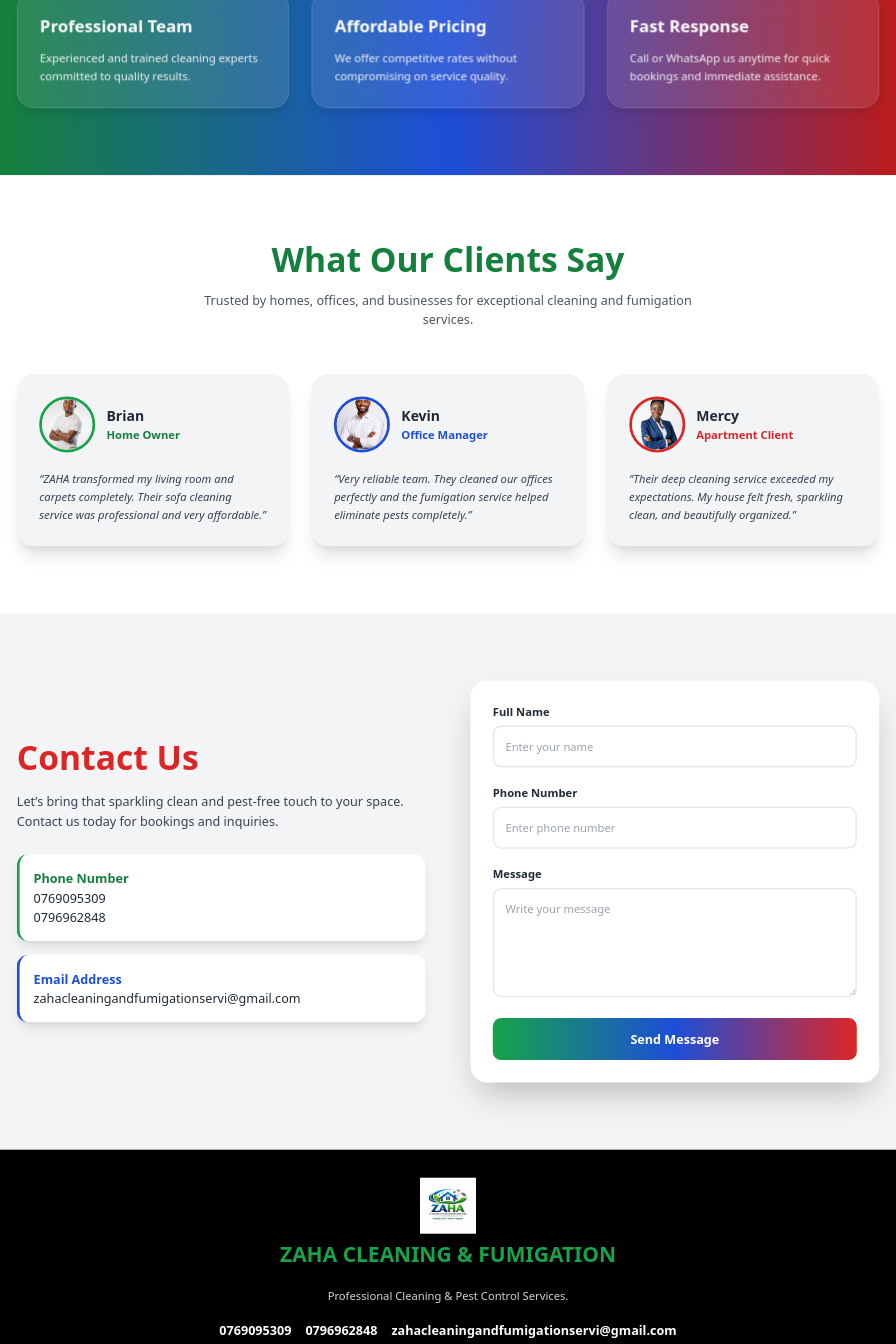
Repository: Engineer-collo/Zaha-fumigation
Page: /
An editor plug-in stored every save of this project. The page is shown before and after a run of saves, followed by the edit.
The browser window is 1280 px wide. The pictures show the part of the page from y = 3849 to 5769 px (the page is 5855 px tall before and 7349 px after), at 70% of full size.
The project was rebuilt for these pictures with package versions that can differ from the ones it lists, and the page was loaded fresh each time. Also part of the build but not shown: vite.config.js.

Above is the page before, as saved 2026-05-15 16:24:32.

After the next 2 saves:
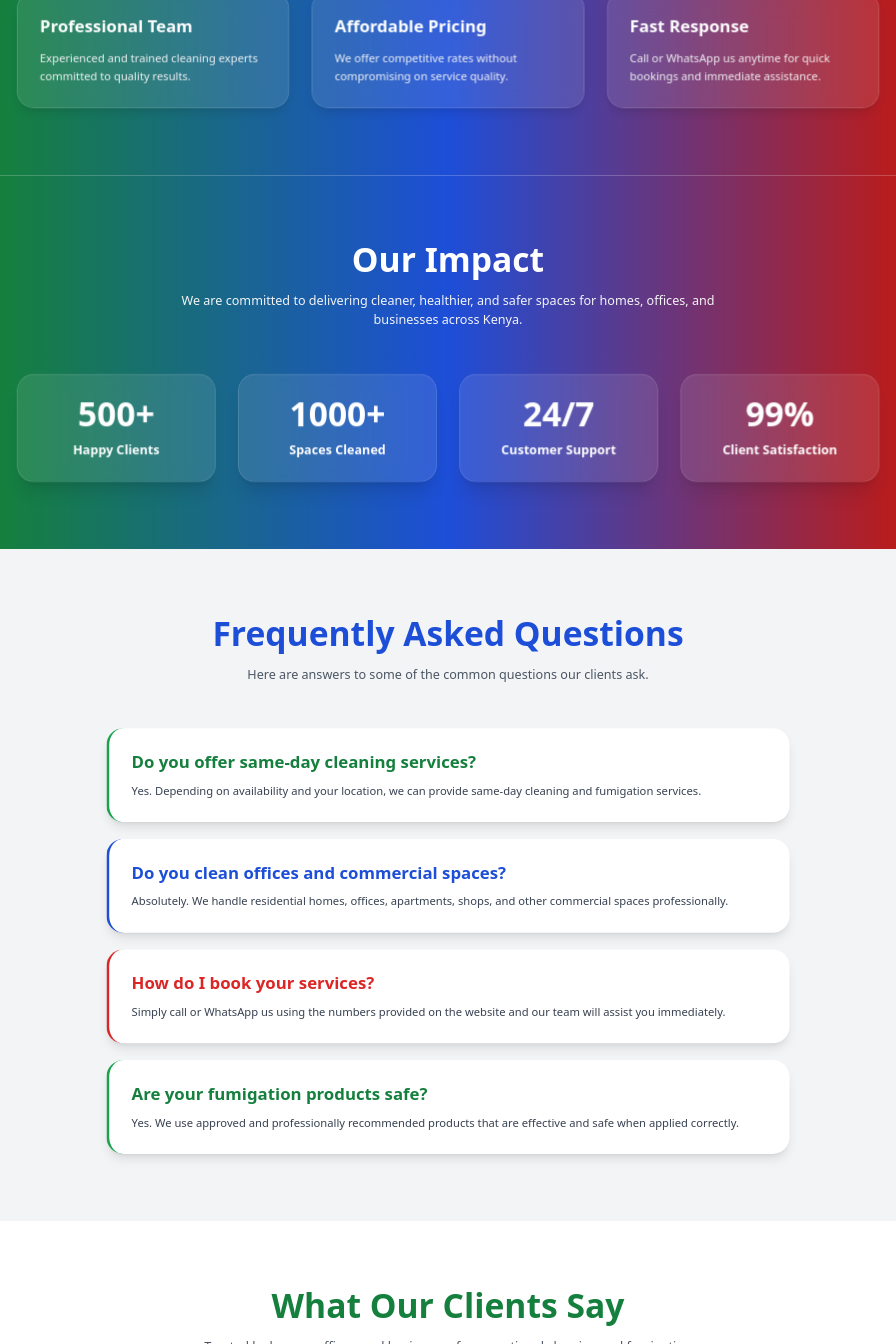
The 2 saves are shown as one change because they came seconds apart.
The last was saved 4 min 24 s later.
--- a/src/App.jsx
+++ b/src/App.jsx
@@ -301,6 +301,105 @@ export default function App() {
         </div>
       </section>
 
+      {/* Impact Section */}
+      <section className="py-24 bg-gradient-to-r from-green-700 via-blue-700 to-red-700 text-white">
+        <div className="max-w-7xl mx-auto px-6">
+          <div className="text-center mb-16">
+            <h2 className="text-4xl md:text-5xl font-black mb-5">
+              Our Impact
+            </h2>
+
+            <p className="text-lg text-gray-100 max-w-3xl mx-auto">
+              We are committed to delivering cleaner, healthier, and safer
+              spaces for homes, offices, and businesses across Kenya.
+            </p>
+          </div>
+
+          <div className="grid md:grid-cols-4 gap-8 text-center">
+            <div className="bg-white/10 backdrop-blur-md rounded-3xl p-8 border border-white/20 shadow-xl">
+              <h3 className="text-5xl font-black mb-3">500+</h3>
+              <p className="text-lg font-semibold">Happy Clients</p>
+            </div>
+
+            <div className="bg-white/10 backdrop-blur-md rounded-3xl p-8 border border-white/20 shadow-xl">
+              <h3 className="text-5xl font-black mb-3">1000+</h3>
+              <p className="text-lg font-semibold">Spaces Cleaned</p>
+            </div>
+
+            <div className="bg-white/10 backdrop-blur-md rounded-3xl p-8 border border-white/20 shadow-xl">
+              <h3 className="text-5xl font-black mb-3">24/7</h3>
+              <p className="text-lg font-semibold">Customer Support</p>
+            </div>
+
+            <div className="bg-white/10 backdrop-blur-md rounded-3xl p-8 border border-white/20 shadow-xl">
+              <h3 className="text-5xl font-black mb-3">99%</h3>
+              <p className="text-lg font-semibold">Client Satisfaction</p>
+            </div>
+          </div>
+        </div>
+      </section>
+
+      {/* FAQs */}
+      <section className="py-24 bg-gray-100">
+        <div className="max-w-5xl mx-auto px-6">
+          <div className="text-center mb-16">
+            <h2 className="text-4xl md:text-5xl font-black text-blue-700 mb-5">
+              Frequently Asked Questions
+            </h2>
+
+            <p className="text-lg text-gray-600">
+              Here are answers to some of the common questions our clients ask.
+            </p>
+          </div>
+
+          <div className="space-y-6">
+            <div className="bg-white rounded-3xl p-8 shadow-lg border-l-4 border-green-600">
+              <h3 className="text-2xl font-bold text-green-700 mb-3">
+                Do you offer same-day cleaning services?
+              </h3>
+
+              <p className="text-gray-700 leading-relaxed">
+                Yes. Depending on availability and your location, we can provide
+                same-day cleaning and fumigation services.
+              </p>
+            </div>
+
+            <div className="bg-white rounded-3xl p-8 shadow-lg border-l-4 border-blue-700">
+              <h3 className="text-2xl font-bold text-blue-700 mb-3">
+                Do you clean offices and commercial spaces?
+              </h3>
+
+              <p className="text-gray-700 leading-relaxed">
+                Absolutely. We handle residential homes, offices, apartments,
+                shops, and other commercial spaces professionally.
+              </p>
+            </div>
+
+            <div className="bg-white rounded-3xl p-8 shadow-lg border-l-4 border-red-600">
+              <h3 className="text-2xl font-bold text-red-600 mb-3">
+                How do I book your services?
+              </h3>
+
+              <p className="text-gray-700 leading-relaxed">
+                Simply call or WhatsApp us using the numbers provided on the
+                website and our team will assist you immediately.
+              </p>
+            </div>
+
+            <div className="bg-white rounded-3xl p-8 shadow-lg border-l-4 border-green-600">
+              <h3 className="text-2xl font-bold text-green-700 mb-3">
+                Are your fumigation products safe?
+              </h3>
+
+              <p className="text-gray-700 leading-relaxed">
+                Yes. We use approved and professionally recommended products
+                that are effective and safe when applied correctly.
+              </p>
+            </div>
+          </div>
+        </div>
+      </section>
+
       {/* Testimonials */}
       <section className="py-24 bg-white">
         <div className="max-w-7xl mx-auto px-6">
